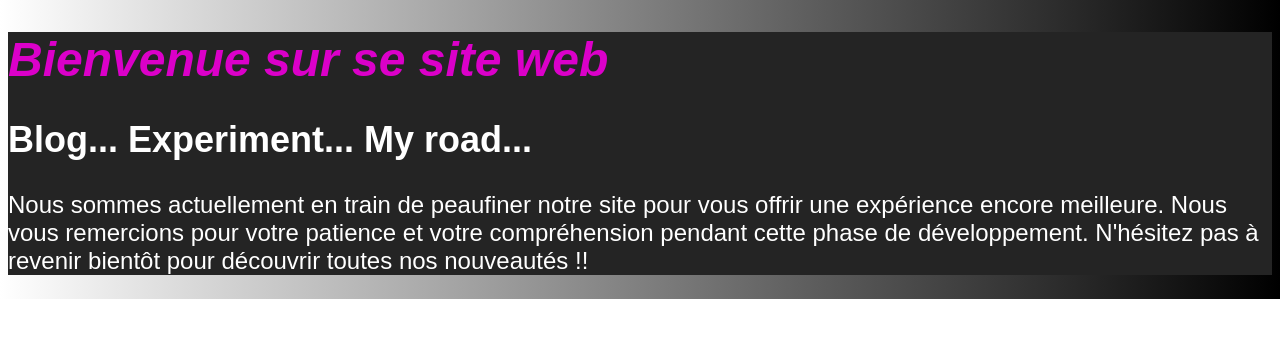
Repository: ValetteEvan/PersonalWebApp
Page: index.html
These files come from the project's save history. The page is drawn as it stood at one moment and after the next save; the edit follows.
The browser window is 1280 px wide. The pictures show the whole page.

Above is the page before, as saved 2025-01-07 18:04:32.

### index.html
<!DOCTYPE html>
<html>

    <head>
        <meta charset="utf-8" />
        <title>Valette Evan</title>
        <link href="style.css" rel="stylesheet">
        <link href="image/" rel="image">
        <link rel="font_original" href="https://fonts.googleapis.com">
    </head>

    <body>
        <div class="webGlobal">
            <h1>Bienvenue sur se site web</h1>
            <h2>Blog... Experiment... My road...</h2>
                <p class="firstParagraph">Nous sommes actuellement en train de peaufiner notre site pour
                 vous offrir une expérience encore meilleure. Nous vous remercions
                 pour votre patience et votre compréhension pendant cette phase de
                 développement. N'hésitez pas à revenir bientôt pour découvrir toutes nos nouveautés !!
                </p>
        </div>
    </body>
</html>

### style.css

body{

    background-color: rgb(255, 255, 255);
    background: linear-gradient(270deg,rgb(0, 0, 0),#ffffff);
    background-repeat: no-repeat;
    /*background-image: url('image/auto.jpg');*/
    /* background-repeat: no-repeat;*/
}
.webGlobal{
    background-color: rgb(36, 36, 36);
    font-family:'font_original',sans-serif;
    font-size: 1.5em;
    color: rgb(255, 255, 255);
}

h1 {
   font-style:italic;
    color: rgb(219, 0, 201);
    /*text-decoration: underline;*/
}

After the next save:
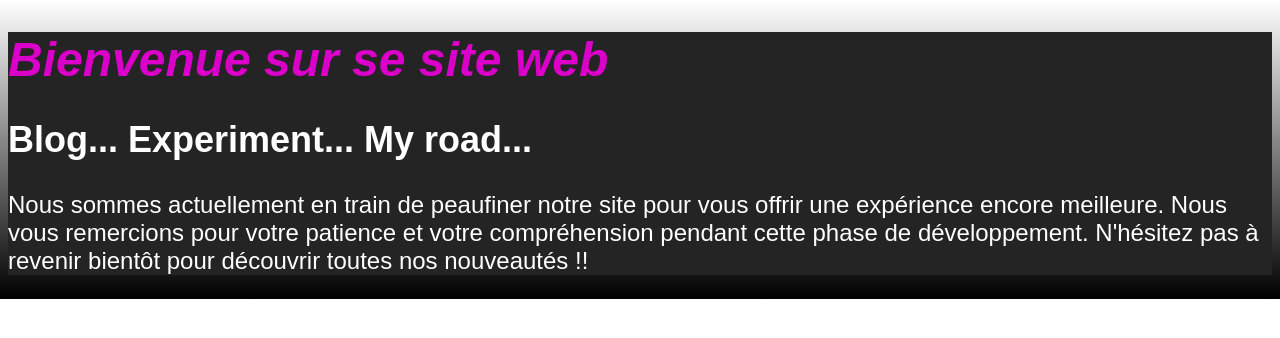
Saved 18 s later.
--- a/style.css
+++ b/style.css
@@ -2,7 +2,7 @@
 body{
 
     background-color: rgb(255, 255, 255);
-    background: linear-gradient(270deg,rgb(0, 0, 0),#ffffff);
+    background: linear-gradient(0deg,rgb(0, 0, 0),#ffffff);
     background-repeat: no-repeat;
     /*background-image: url('image/auto.jpg');*/
     /* background-repeat: no-repeat;*/
